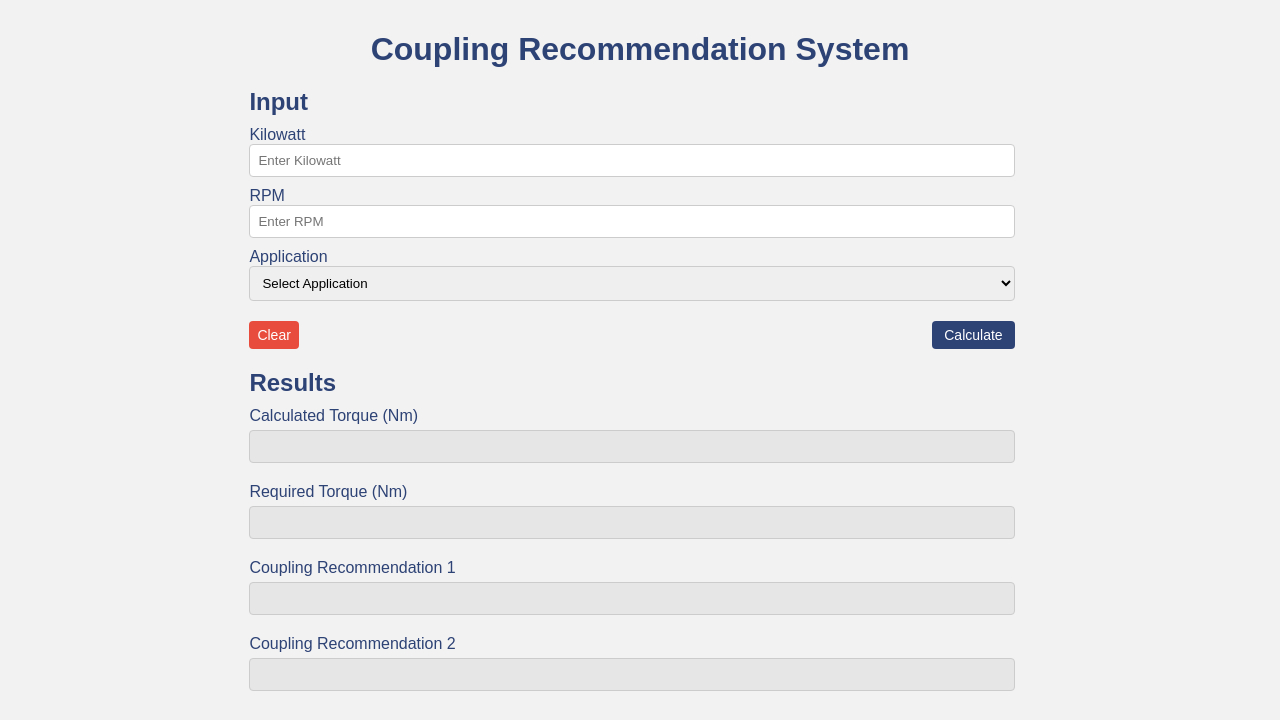
Repository: JustinSadie/calculator
Page: newIndex.html
An editor plug-in stored every save of this project. The page is shown before and after the next save, followed by the edit.
The browser window is 1280 px wide. The pictures show the whole page.

Above is the page before, as saved 2024-08-25 16:15:16.

### newIndex.html
<!DOCTYPE html>
<html lang="en">
  <head>
    <meta charset="UTF-8" />
    <meta name="viewport" content="width=device-width, initial-scale=1.0" />
    <title>Coupling Recommendation</title>
    <link rel="stylesheet" href="newCSS.css" />
  </head>
  <body>
    <div class="coupling-calculator">
      <h1>Coupling Recommendation System</h1>

      <div class="input-section">
        <h2>Input</h2>
        <label for="kilowatt">Kilowatt</label>
        <input
          type="number"
          id="kilowatt"
          placeholder="Enter Kilowatt"
          required
        />

        <label for="rotationSpeed">RPM</label>
        <input
          type="number"
          id="rotationSpeed"
          placeholder="Enter RPM"
          required
        />

        <label for="application">Application</label>
        <select id="application">
          <option value="">Select Application</option>
          <option value="1.2">Centrifugal Pumps</option>
          <option value="1.2">Fans</option>
          <option value="1.2">Belt Conveyors</option>
          <option value="1.6">Hammermill</option>
          <option value="1.6">Bucket Elevator</option>
          <option value="1.6">Scraper Conveyor</option>
          <option value="2.4">Reciprocating Pump</option>
          <option value="2.4">Compressor(3Cyl or less)</option>
          <option value="2">Crusher</option>
          <option value="2">Calender</option>
          <option value="2">Shaker</option>
          <option value="2">Compressor(4 Cyl or more)</option>
          <option value="4">Steel Mill rolers Tables</option>
          <option value="4">Heavy Reversing Drives</option>
        </select>
        <input
          type="text"
          id="customApplication"
          placeholder="Enter Custom Application"
          style="display: none"
        />

        <div class="button-container">
          <button class="clear" onclick="clearTable()">Clear</button>
          <button onclick="displayResults()">Calculate</button>

        </div>
      </div>

      <div class="output-section">
        <h2>Results</h2>
        <div class="result">
          <label for="torqueResult">Calculated Torque (Nm)</label>
          <input type="text" id="torqueResult" readonly />
        </div>

        <div class="result">
          <label for="coupRat">Required Torque (Nm)</label>
          <input type="text" id="coupRat" readonly />
        </div>

        <div class="result">
          <label for="brCouplingSuggest1">Coupling Recommendation 1</label>
          <input type="text" id="brCouplingSuggest1" readonly />
        </div>

        <div class="result">
          <label for="brCouplingSuggest2">Coupling Recommendation 2</label>
          <input type="text" id="brCouplingSuggest2" readonly />
        </div>
      </div>

      <script src="Coupling generator copy.js"></script>
    </div>
  </body>
</html>

### newCSS.css
/* Overall page styling */
body {
  font-family: Arial, sans-serif;
  margin: 0;
  padding: 0;
  background-color: #f2f2f2;
  color: #2d4275;
  display: flex;
  justify-content: center;
  align-items: center;
  min-height: 100vh;
}

.coupling-caclulator {
  max-width: 50%; /* Make the container half the width of the page */
  margin: 0 auto;
  padding: 20px;
  background-color: #ffffff;
  box-shadow: 0 0 10px rgba(0, 0, 0, 0.1);
  border: 2px solid #2d4275; /* Add border around the container */
  border-radius: 8px;
  box-sizing: border-box; /* Include padding and border in the width */
}

h1 {
  color: #2d4275;
  text-align: center;
  margin-bottom: 20px;
}

/* Input section styling */
.input-section {
  margin-bottom: 20px;
}

.input-section h2 {
  color: #2d4275;
  margin-bottom: 10px;
}

input,
select {
  padding: 8px; /* Make the input fields smaller */
  margin-bottom: 10px;
  width: calc(100% - 16px); /* Adjust width to account for padding and borders */
  border: 1px solid #ccc;
  border-radius: 4px;
  box-sizing: border-box;
}

/* Container for buttons */
.button-container {
  display: flex;
  justify-content: space-between; /* Space between buttons */
  margin-top: 10px; /* Space from the fields above */
  width: calc(100% - 16px); /* Adjust width to account for padding and borders */
}

button {
  padding: 6px 12px; /* Adjust padding if needed */
  background-color: #2d4275;
  color: #ffffff;
  border: none;
  border-radius: 4px;
  cursor: pointer;
  font-size: 14px;


}

button:hover {
  background-color: #1a2a4f;
}

/* Small clear button styling */
button.clear {
  padding: 4px 8px; /* Smaller size for the clear button */
  background-color: #e74c3c; /* A red color for the clear button */
  color: #ffffff;
  border: none;
  border-radius: 4px;
  cursor: pointer;
  font-size: 14px; /* Smaller font size */
}

button.clear:hover {
  background-color: #c0392b; /* Darker red for hover effect */
}


/* Output section styling */
.output-section {
  margin-top: 20px;
}

.output-section h2 {
  color: #2d4275;
  margin-bottom: 10px;
}

.result {
  margin-bottom: 10px;
}

.result label {
  display: block;
  margin-bottom: 5px;
  color: #2d4275;
}

.result input {
  padding: 8px; /* Make the output fields smaller */
  border: 1px solid #ccc;
  border-radius: 4px;
  width: calc(100% - 16px); /* Adjust width to account for padding and borders */
  box-sizing: border-box;
  background-color: #f9f9f9;
}

.result input[readonly] {
  background-color: #e6e6e6;
  cursor: not-allowed;
}

### Coupling generator copy.js
lst = [97,128, 164, 187, 215, 255, 271, 314, 355, 428,
    471, 517, 618, 679, 706, 868, 889, 900,
    1089, 1227, 1296, 1392, 1427, 1641, 1768, 2081,
    2150, 2398, 2551, 2837, 3134, 3343, 3536, 3787,
    4274, 4873, 4963, 5326, 5860, 6645, 6721, 6978,
    7234, 8443, 8806, 9071, 9864, 10172, 10811, 11063,
    12835, 13359, 13870, 14165, 16126, 17502, 18434,
    20135, 20684, 21989, 24153, 28155, 28166, 29107,
    35206, 35584, 38136, 38177, 45784, 48006, 50019,
    52525, 55588, 58182, 68818, 72908, 75800, 79879,
    86627, 99418, 100312, 104658, 136282, 136785,
    152552, 178422, 208020, 234914, 366843
]


const bearingData = {
  black: {
    sizes: [97, 164, 271, 471, 679, 1089, 1641, 2551, 3787, 5326, 6721, 8443, 10811, 18434, 29107, 38177, 52525, 79879],
  },
  yellow: {
    sizes: [128, 215, 355, 618, 889, 1427, 2150, 3343, 4963, 6978, 8806, 11063, 14165, 24153, 38136, 50019, 68818, 104658],
  },
  blue: {
    sizes: [187, 314, 517, 900, 1296, 2081, 3134, 4873, 7234, 10172, 12835, 16126, 20684, 35206, 55588, 72908, 100312, 152552],
  },
  green: {
    sizes: [255, 428, 706, 1227, 1768, 2837, 4274, 6645, 9864, 13870, 17502, 21989, 28155, 48006, 75800, 99418, 136785, 208020],
  },
  red: {
    sizes: [517, 868, 1392, 2398, 3536, 5860, 9071, 13359, 20135, 28166, 35584, 45784, 58182, 86627, 136282, 178422, 234914, 366843],
  },
};

const sizeIndex = {
    "BR_95" : 0,
   "BR_115" : 1,
   "BR_135" : 2,
   "BR_155" : 3,
   "BR_179" : 4,
   "BR_206" : 5,
   "BR_236" : 6,
   "BR_276" : 7,
   "BR_306" : 8,
   "BR_336" : 9,
   "BR_366" : 10,
   "BR_406" : 11,
   "BR_446" : 12,
   "BR_506" : 13,
   "BR_556" : 14,
   "BR_636" : 15,
   "BR_716" : 16,
   "BR_826" : 17,
}


function calculateTorque(){
    var kilowatt = document.getElementById("kilowatt").value;
    var rotationSpeed = document.getElementById("rotationSpeed").value;
    var torque = ((kilowatt *  9550)/rotationSpeed);
    torqueResult = torque.toFixed(2) + " (Nm)";
    return {
        torqueresultText: torqueResult,
        torqueResultNumeric: torque,
    };

}

function getSafetyFactorValue(){
    var serviceFactor = document.getElementById("application").value;
    var customServiceFactor = document.getElementById("customApplication").value.trim();

    if (customServiceFactor) {
        return customServiceFactor;
    } else if (serviceFactor && serviceFactor !== "default") {
        return serviceFactor;
    } else {
        throw new Error("Please select an application or enter a custom application.");
    }
};


function calculateAndSetCouplingRating() {
    try {
        var torque = calculateTorque().torqueResultNumeric;
        var serviceFactor = getSafetyFactorValue();

        if (isNaN(serviceFactor)) {
            throw new Error("Invalid service factor input");
        }
        var couplingRating = Math.round(torque * serviceFactor);
        var couplingRatingResult = couplingRating + " (Nm)";

        return {
            couplingRatingText: couplingRatingResult,
            couplingRatingNumeric: couplingRating,
        };
    } catch (error) {
        console.error("Error in calculateAndSetCouplingRating:", error.message);
        return {
            error: error.message,
        };
    }
}



function nextNearestValue() {

    x = calculateAndSetCouplingRating().couplingRatingNumeric;

    for(const elem of lst){
        if(x <= elem) {
            const nextIndex = lst.indexOf(elem) + 1;
            if (nextIndex < lst.length) {
                return {
                    firstRecommendation : elem,
                    secondrecommendation : lst[nextIndex],
                };
            }
        }
    }
    return {
        firstRecommendation : elem,
        secondrecommendation : "none",
    }
}

function safetyFactor(nnv,torque){
    return (nnv/torque).toFixed(2);
}

function findColorAndSize(value) {
    for (const color in bearingData) {
      const sizes = bearingData[color].sizes;
      const index = sizes.indexOf(value);
      if (index !== -1) {
        const sizeKey = Object.keys(sizeIndex).find((key) => sizeIndex[key] === index);
        return {
          color: color,
          size: sizeKey,
        };
      }
    }
    return null;
}



function displayResults(){
    var newVal = calculateAndSetCouplingRating();
    document.getElementById('torqueResult').value=calculateTorque().torqueresultText;
    document.getElementById('coupRat').value=calculateAndSetCouplingRating().couplingRatingText;

    document.getElementById('brCouplingSuggest1').value=findColorAndSize(nextNearestValue().firstRecommendation).size + " - " + findColorAndSize(nextNearestValue().firstRecommendation).color;
    document.getElementById('brCouplingSuggest2').value=findColorAndSize(nextNearestValue().secondrecommendation).size + " - " + findColorAndSize(nextNearestValue().secondrecommendation).color;
    document.getElementById('sfCouplingSuggest1').value=safetyFactor(nextNearestValue().firstRecommendation, calculateTorque().torqueResultNumeric);
    document.getElementById('sfCouplingSuggest2').value=safetyFactor(nextNearestValue().secondrecommendation, calculateTorque().torqueResultNumeric);
}


function clearTable(){
    document.getElementById('kilowatt').value="";
    document.getElementById('rotationSpeed').value="";
    document.getElementById('serviceFactor').value="";
    document.getElementById('torqueResult').value="";
    document.getElementById('coupRat').value="";
    document.getElementById('brCouplingSuggest1').value="";
    document.getElementById('brCouplingSuggest2').value="";
}

function validateInput(inputId) {
    var inputElement = document.getElementById(inputId);
    var inputValue = inputElement.value.trim();

    if (inputValue === "") {
        alert("Input cannot be empty.");
        return false;
    }

    if (!/^\d+$/.test(inputValue)) {
        alert("Input must contain only numbers.");
        return false;
    }

    return true;
}

function validateForm() {
    if (!validateInput("kilowatt") || !validateInput("rotationSpeed")) {
        return false;
    }
    return true;
}

After the next save:
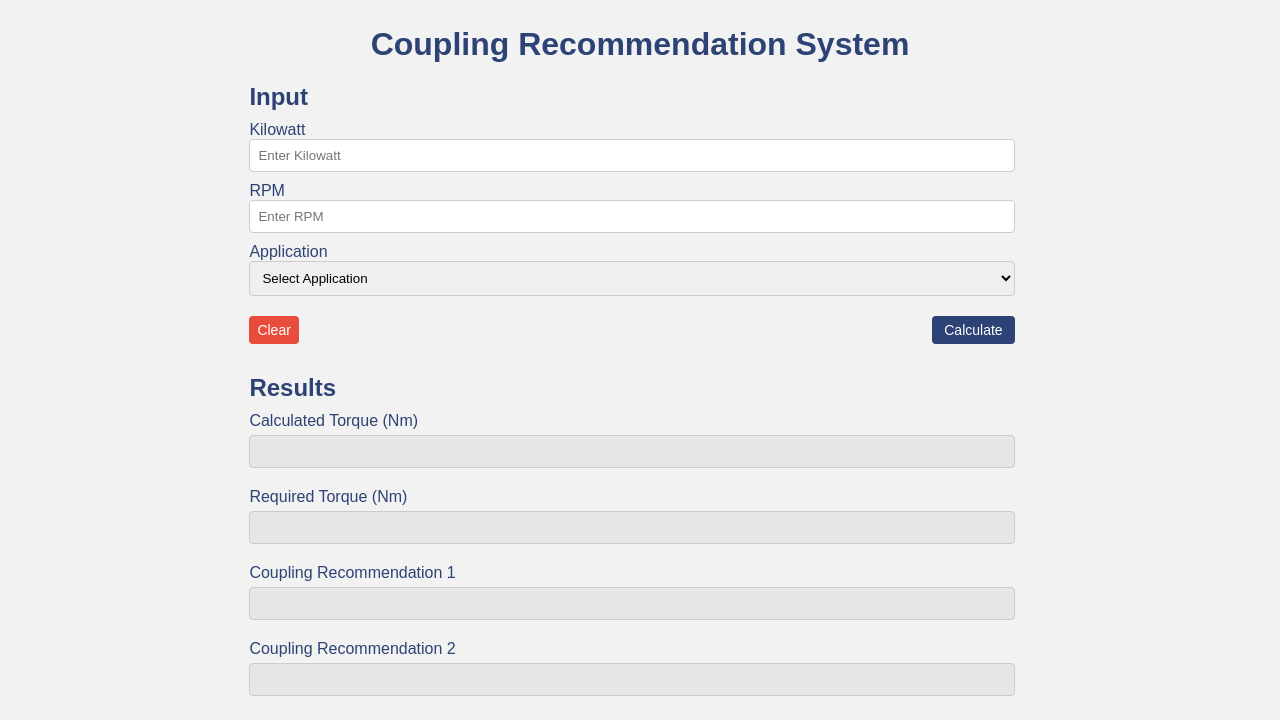
Saved 48 s later.
--- a/newCSS.css
+++ b/newCSS.css
@@ -90,7 +90,7 @@ button.clear:hover {
 
 /* Output section styling */
 .output-section {
-  margin-top: 20px;
+  margin-top: 30px;
 }
 
 .output-section h2 {
